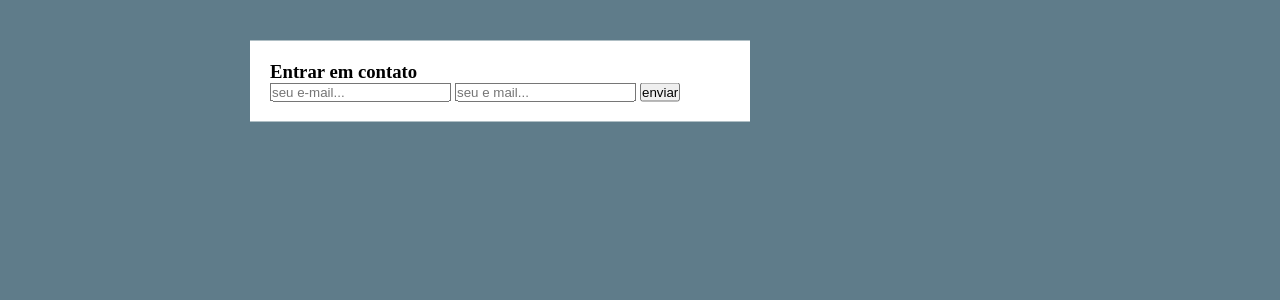
Repository: josceno/Sistema-para-controle-de-experimenta-o-animal
Page: index.html
These files come from the project's save history. The page is drawn as it stood at one moment and after the next save; the edit follows.
The browser window is 1280 px wide. The pictures show the whole page.

Above is the page before, as saved 2021-09-13 15:18:43.

After the next save:
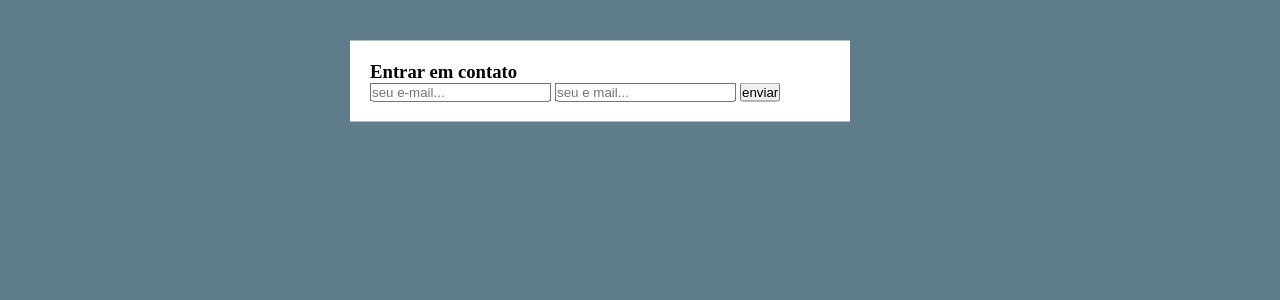
Saved 24 s later.
--- a/index.html
+++ b/index.html
@@ -19,7 +19,7 @@
             left: "50%";
             top: "50%";
 
-            transform: translate(50%,50%);
+            transform: translate(70%,50%);
         }
     </style>
 
